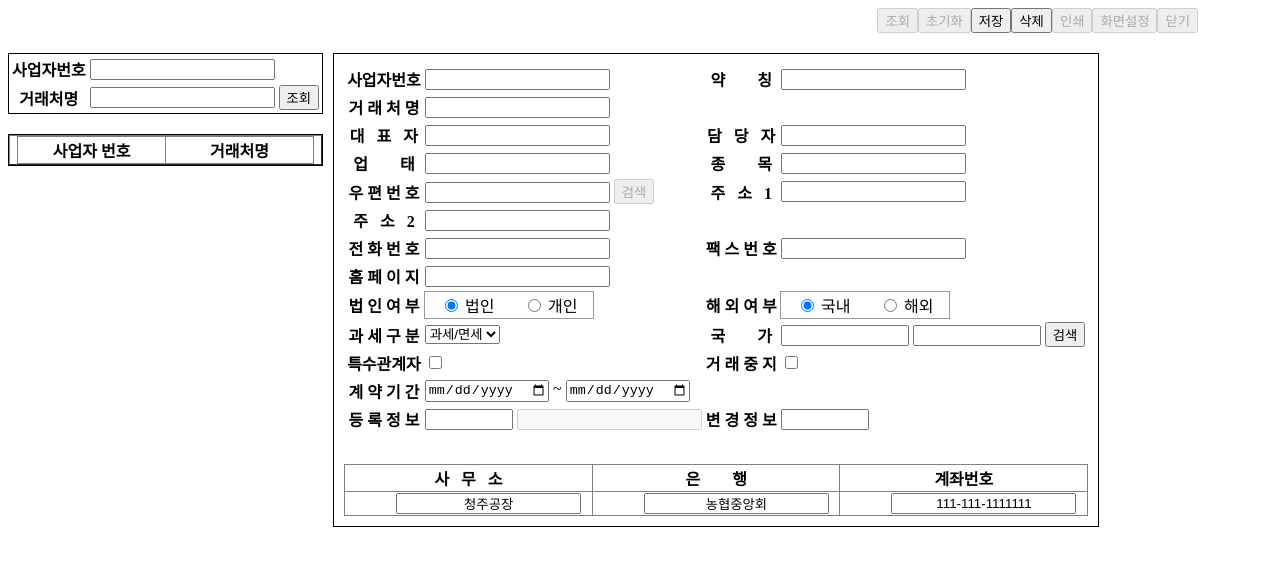
Repository: Chocobe/-practice-FrontSide-Tip
Page: http://localhost/wishTestProject/views/accountManager/accountManagerView.jsp
These files come from the project's save history. The page is drawn as it stood at one moment and after the next save; the edit follows.
The browser window is 1280 px wide. The pictures show the whole page.
The page is served by Tomcat 9. Nobody is signed in. The application's start-up code is not run. Other server files are loaded and not shown.

Above is the page before, as saved 2020-02-27 02:52:16.

### wishTest/wishTestProject/WebContent/views/accountManager/accountManagerView.jsp
<%@page import="java.util.Date"%>
<%@page import="java.io.File"%>
<%@ page
	language="java"
	contentType="text/html;charset=UTF-8"
	pageEncoding="UTF-8"

	info="거래처 관리 페이지"
%>

<%@ taglib prefix="c" uri="http://java.sun.com/jsp/jstl/core" %>

<c:set var="contextPath" value="<%= request.getContextPath() %>"/>


<%
	String accountManagerView_css = application.getRealPath("/css/accountManager/accountManagerView.css");
	File accountManagerView_css_file = new File(accountManagerView_css);
	Date accountManagerView_css_ver = new Date(accountManagerView_css_file.lastModified());

	String accountManagerView_js = application.getRealPath("/js/accountManager/accountManagerView.js");
	File accountManagerView_js_file = new File(accountManagerView_js);
	Date accountManagerView_js_ver = new Date(accountManagerView_js_file.lastModified());
%>

<c:set var="accountManagerView_css_ver" value="<%= accountManagerView_css_ver %>"/>
<c:set var="accountManagerView_js_ver" value="<%= accountManagerView_js_ver %>"/>


<!DOCTYPE html>
<html lang="ko">
    <head>
        <meta charset="UTF-8">
        <title>거래처 관리</title>

        <link href="${contextPath}/css/accountManager/accountManagerView.css?ver=${accountManagerView_css_ver}" rel="stylesheet" type="text/css">
    </head>

    <body>
        <div class="wrap">
            <!-- 버튼 컨테이너 -->
            <div class="buttonContainer">
                <input type="button" class="search" value="조회" disabled>
                <input type="button" class="init" value="초기화" disabled>
                <input type="button" class="insert" value="저장" onclick="insertData(`${contextPath}`);">
                <input type="button" class="delete" value="삭제" onclick="deleteData(`${contextPath}`);">
                <input type="button" class="print" value="인쇄" disabled>
                <input type="button" class="config" value="화면설정" disabled>
                <input type="button" class="close" value="닫기" disabled>
            </div>


            <!-- 검색 컨테이너 -->
            <div class="searchContainer">
                <!-- 검색창 -->
                <div class="searchInnerContainer">
                    <table>
                        <tr>
                            <th>사업자번호</th>

                            <td>
                                <input type="text" name="voBusiNum" class="searchVoBusiNum">
                            </td>

                            <td></td>
                        </tr>

                        <tr>
                            <th>거래처명</th>

                            <td>
                                <input type="text" name="voCustom" class="searchVoCustom">
                            </td>

                            <td>
                                <input type="submit" value="조회" onclick="searchCustom(`${contextPath}`);">
                            </td>
                        </tr>
                    </table>
                </div>


                <!-- 검색 결과창 -->
                <div class="resultContainer">
                    <table border="1" style="border-collapse: collapse">
                        <tr>
                            <th>사업자 번호</th>
                            <th>거래처명</th>
                        </tr>
                    </table>
                </div>
            </div>


            <!-- 입력 컨테이너 -->
            <!-- "저장"버튼 - js로 submit() -->
            <div class="insertContainer">
                <form class="insertForm" action="${contextPath}/insertCustom.do" method="POST">
                    <table>
                        <tr>
                            <th>사업자번호</th>

                            <td>
                                <input type="text" name="voBusiNum" class="voBusiNum">
                            </td>


                            <th>약&nbsp;&nbsp;&nbsp;&nbsp;&nbsp;&nbsp;&nbsp;&nbsp;칭</th>

                            <td>
                                <input type="text" name="voShort" class="voShort">
                            </td>
                        </tr>

                        <tr>
                            <th>거 래 처 명</th>

                            <td colspan="4">
                                <input type="text" name="voCustom" class="voCustom longBox">
                            </td>
                        </tr>

                        <tr>
                            <th>대&nbsp;&nbsp;&nbsp;표&nbsp;&nbsp;&nbsp;자</th>

                            <td>
                                <input type="text" name="voCEO" class="voCEO">
                            </td>


                            <th>담&nbsp;&nbsp;&nbsp;당&nbsp;&nbsp;&nbsp;자</th>

                            <td>
                                <input type="text" name="voChargePerson" class="voChargePerson">
                            </td>
                        </tr>

                        <tr>
                            <th>업&nbsp;&nbsp;&nbsp;&nbsp;&nbsp;&nbsp;&nbsp;&nbsp;태</th>

                            <td>
                                <input type="text" name="voBusiCondition" class="voBusiCondition">
                            </td>


                            <th>종&nbsp;&nbsp;&nbsp;&nbsp;&nbsp;&nbsp;&nbsp;&nbsp;목</th>

                            <td>
                                <input type="text" name="voItem" class="voItem">
                            </td>
                        </tr>

                        <tr>
                            <th>우 편 번 호</th>

                            <td>
                                <input type="text" name="voPostNum" class="voPostNum">
                                <input type="button" class="postSearchButton" value="검색" disabled>
                            </td>

                            <th>주&nbsp;&nbsp;&nbsp;소&nbsp;&nbsp;&nbsp;1</th>

                            <td>
                                <input type="text" name="voAddr1" class="voAddr1">
                            </td>
                        </tr>

                        <tr>
                            <th>주&nbsp;&nbsp;&nbsp;소&nbsp;&nbsp;&nbsp;2</th>

                            <td colspan="3">
                                <input type="text" name="voAddr2" class="voAddr2">
                            </td>
                        </tr>

                        <tr>
                            <th>전 화 번 호</th>

                            <td>
                                <input type="text" name="voTEL" class="voTEL">
                            </td>

                            <th>팩 스 번 호</th>

                            <td>
                                <input type="text" name="voFAX" class="voFAX">
                            </td>
                        </tr>

                        <tr>
                            <th>홈 페 이 지</th>

                            <td colspan="3">
                                <input type="text" name="voHomePage" class="voHomePage">
                            </td>
                        </tr>

                        <tr>
                            <th>법 인 여 부</th>

                            <td class="alignTD" style="border: 1px solid #999;">
                                <div class="radioWrap">
                                    <input type="radio" name="voCoYN" class="voCoYN_Y" id="voCoYN_L" value="Y" checked>
                                    <label for="voCoYN_L">법인</label>
                                </div>

                                <div class="radioWrap">
                                    <input type="radio" name="voCoYN" class="voCoYN_N" id="voCoYN_P" value="N">
                                    <label for="voCoYN_P">개인</label>
                                </div>
                            </td>

                            <th>해 외 여 부</th>

                            <td class="alignTD" style="border: 1px solid #999;">
                                <div class="radioWrap">
                                    <input type="radio" name="voForeignYN" class="voForeignYN_N" id="voForeignYN_L" value="N" checked>
                                    <label for="voForeignYN_L">국내</label>
                                </div>

                                <div class="radioWrap">
                                    <input type="radio" name="voForeignYN" class="voForeignYN_Y" id="voForeignYN_P" value="Y">
                                    <label for="voForeignYN_P">해외</label>
                                </div>
                            </td>
                        </tr>

                        <tr>
                            <th>과 세 구 분</th>

                            <td>
                                <select name="voTaxYN" class="voTaxYN">
                                    <option value="Y" selected>과세/면세</option>
                                    <option value="N">비과세</option>
                                </select>
                            </td>

                            <th>국&nbsp;&nbsp;&nbsp;&nbsp;&nbsp;&nbsp;&nbsp;&nbsp;가</th>

                            <td>
                                <!-- 수정불가로 변경할 것 -->
                                <input type="text" name="voCountryENG" class="voCountryENG">
                                <input type="text" name="voCountryKOR" class="voCountryKOR">

                                <!-- js로 국가 목록 출력 & 위의 입력값에 대입 -->
                                <input type="button" value="검색" onclick="">
                            </td>
                        </tr>

                        <tr>
                            <th>특수관계자</th>

                            <td>
                                <input type="checkbox" name="voSpecialRelation" class="voSpecialRelation" value="Y">
                            </td>

                            <th>거 래 중 지</th>

                            <td>
                                <input type="checkbox" name="voTradeStop" class="voTradeStop" value="Y">
                            </td>
                        </tr>

                        <tr>
                            <th>계 약 기 간</th>

                            <td colspan="3">
                                <input type="date" name="voContractPeriod_S" class="voContractPeriod_S">
                                ~
                                <input type="date" name="voContractPeriod_E" class="voContractPeriod_E">
                            </td>
                        </tr>

                        <tr>
                            <th>등 록 정 보</th>

                            <td>
                                <input type="text" name="voRegiInfoMan" class="voRegiInfoMan">
                                <input type="text" name="voRegiInfoDate" class="voRegiInfoDate" disabled>
                            </td>

                            <th>변 경 정 보</th>

                            <td>
                                <input type="text" name="voModiInfoMan" class="voModiInfoMan">
                                <!-- 변경날짜: Controller에서 sysdate() voModiInfoDate -->
                            </td>
                        </tr>
                    </table>


                    <!-- 거래처 계좌정보 -->
                    <table class="accountInfoTable" border="1" style="border-collapse: collapse;">
                        <tr>
                            <th>사&nbsp;&nbsp;&nbsp;무&nbsp;&nbsp;&nbsp;소</th>
                            <th>은&nbsp;&nbsp;&nbsp;&nbsp;&nbsp;&nbsp;&nbsp;&nbsp;행</th>
                            <th>계좌번호</th>
                        </tr>

                        <tr>
                            <td>
                                <input type="text" name="voFactory" class="voFactory" value="청주공장">
                            </td>

                            <td>
                                <input type="text" name="voTradeBank" class="voTradeBank" value="농협중앙회">
                            </td>

                            <td>
                                <input type="text" name="voAccountNum" class="voAccountNum" value="111-111-1111111">
                            </td>
                        </tr>
                    </table>
                </form>
            </div>
        </div>


        <script src="http://code.jquery.com/jquery-latest.min.js"></script>
        <script src="${contextPath}/js/accountManager/accountManagerView.js?ver=${accountManagerView_js_ver}" type="text/javascript"></script>
    </body>
</html>

### wishTest/wishTestProject/WebContent/css/accountManager/accountManagerView.css
@charset "UTF-8";

/* .wrap */
    .wrap {
        width: 1190px;

        display: flex;
        flex-flow: row wrap;

        position: relative;
    }


/* .buttonContainer */
    .buttonContainer {
        width: 100%;

        margin-bottom: 20px;

        display: flex;
        flex-flow: row wrap;
        justify-content: flex-end;
    }


/* .searchContainer */
    .searchContainer {
        margin-right: 10px;
        position: relative;
    }


    /* .searchInnerContainer */
    .searchContainer .searchInnerContainer {
        border: 1px solid #000;

        margin-bottom: 20px;
    }


    /* .resultContainer */
    .searchContainer .resultContainer {
        border: 1px solid #000;
    }

    .searchContainer .resultContainer table {
        display: flex;
        justify-content: center;
    }

    .searchContainer .resultContainer table tr th,
    .searchContainer .resultContainer table tr td {
        width: 145px;

        text-align: center;
    }



    .insertContainer .insertForm {
        border: 1px solid black;

        padding: 10px;
    }

    .insertContainer .insertForm tr .alignTD {
        width: 166px;

        display: flex;
        flex-flow: row wrap;
        justify-content: space-around;
    }

    .insertContainer .insertForm .voCountryENG,
    .insertContainer .insertForm .voCountryKOR {
        width: 120px;
    }


    /* .accountInfoTable */
    .accountInfoTable {
        width: 100%;

        margin-top: 30px;
    }

    .accountInfoTable tr td input {
        margin-left: 50px;
        text-align: center;
    }

    .voRegiInfoMan,
    .voModiInfoMan {
    	width: 80px;
    }

Loaded but not shown: wishTest/wishTestProject/WebContent/js/accountManager/accountManagerView.js (no copy from this time; the picture is the same without it)

After the next save:
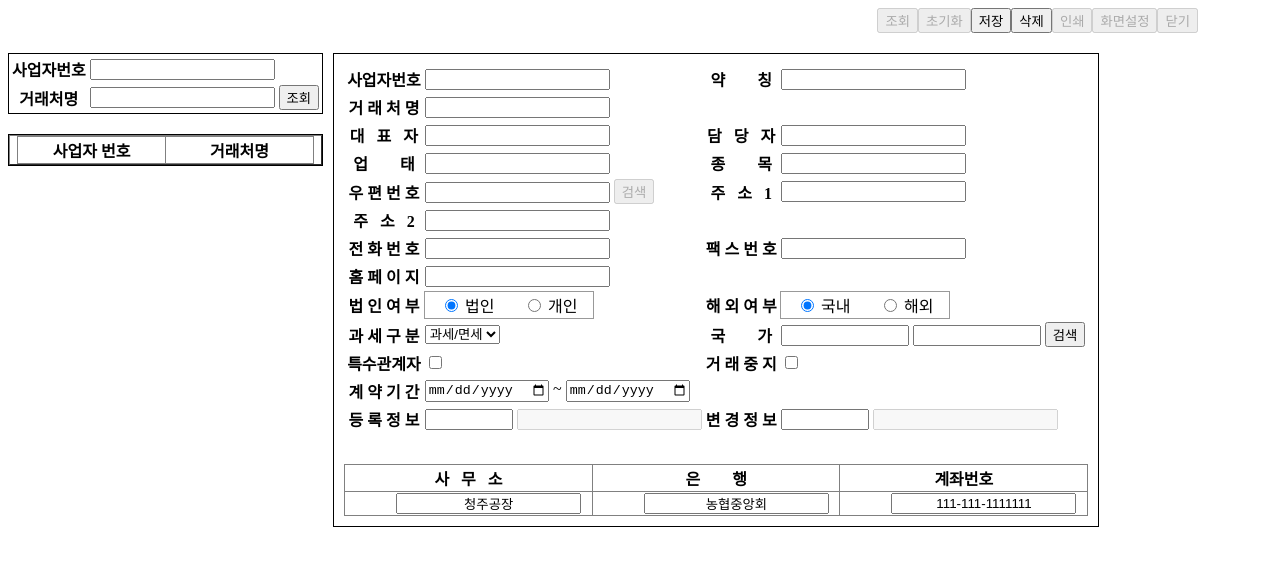
Saved 35 s later.
--- a/wishTest/wishTestProject/WebContent/views/accountManager/accountManagerView.jsp
+++ b/wishTest/wishTestProject/WebContent/views/accountManager/accountManagerView.jsp
@@ -283,7 +283,7 @@
 
                             <td>
                                 <input type="text" name="voModiInfoMan" class="voModiInfoMan">
-                                <!-- 변경날짜: Controller에서 sysdate() voModiInfoDate -->
+                                <input type="text" name="voModiInfoDate" class="voModiInfoDate" disabled>
                             </td>
                         </tr>
                     </table>
